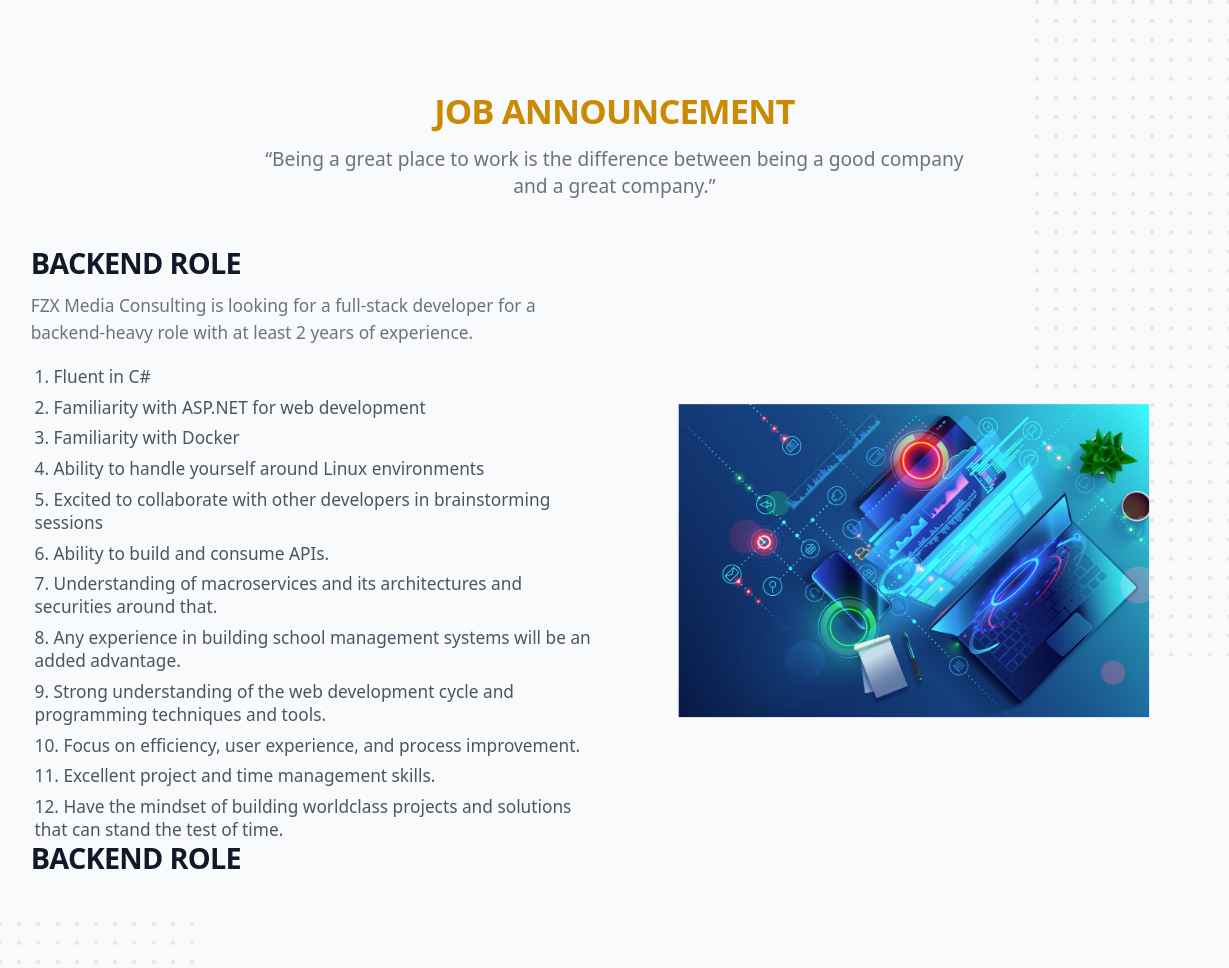
Repository: emorilebo/invotec
Page: /jobs
An editor plug-in stored every save of this project. The page is shown before and after the next save, followed by the edit.
The browser window is 1280 px wide. The pictures show the whole page, at 96% of full size.
The project was rebuilt for these pictures with package versions that can differ from the ones it lists, and the page was loaded fresh each time. The framework's server and built-in components were replaced by stand-ins that run in the browser. Also part of the build but not shown: next.config.js.

Above is the page before, as saved 2022-12-07 11:33:07.

After the next save:
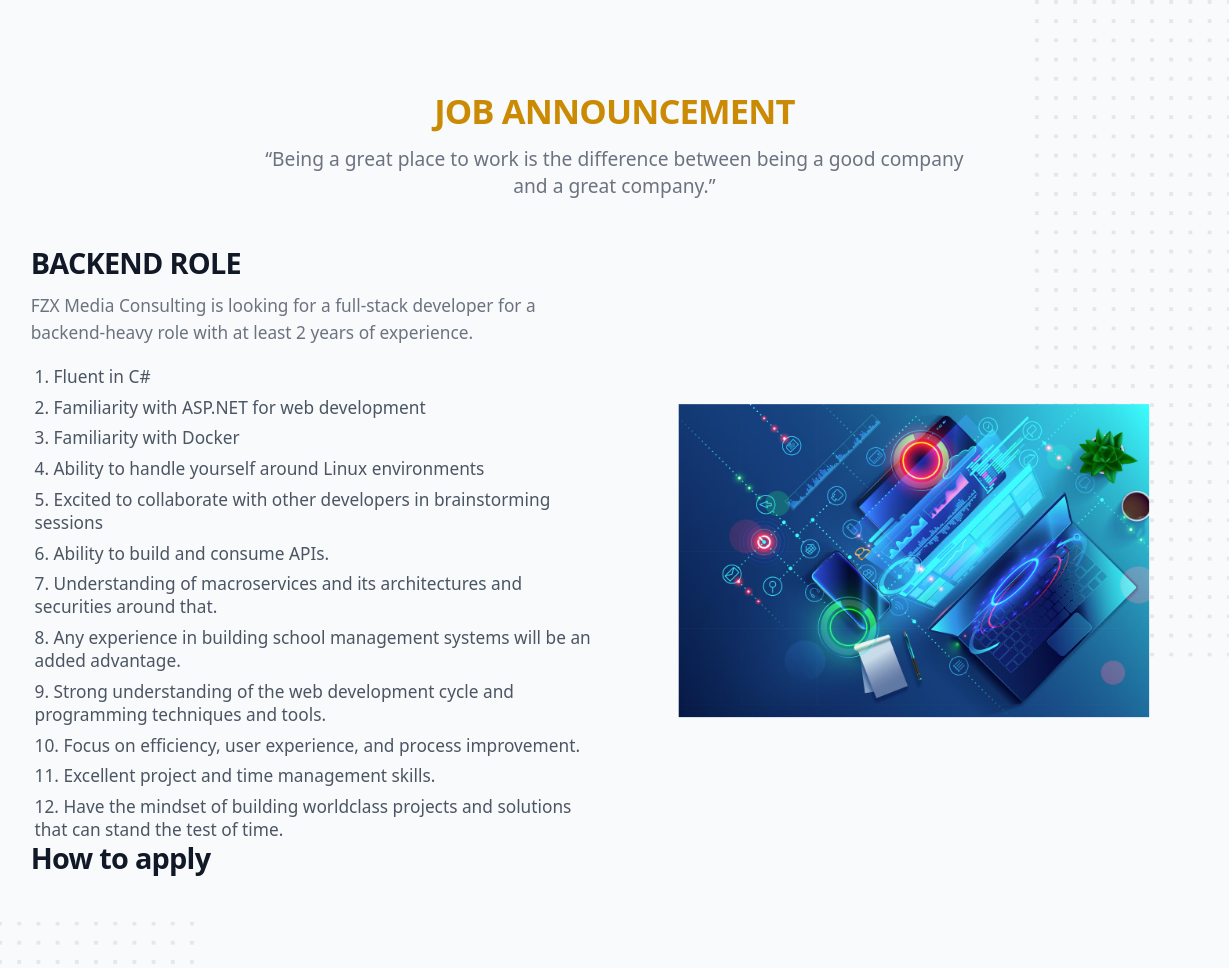
Saved 17 s later.
--- a/pages/jobs.tsx
+++ b/pages/jobs.tsx
@@ -182,7 +182,7 @@ function jobs() {
               ))}
             </dl>
             <h3 className="text-2xl font-bold tracking-tight text-gray-900 sm:text-3xl">
-              BACKEND ROLE
+              How to apply
             </h3>
           </div>
 
